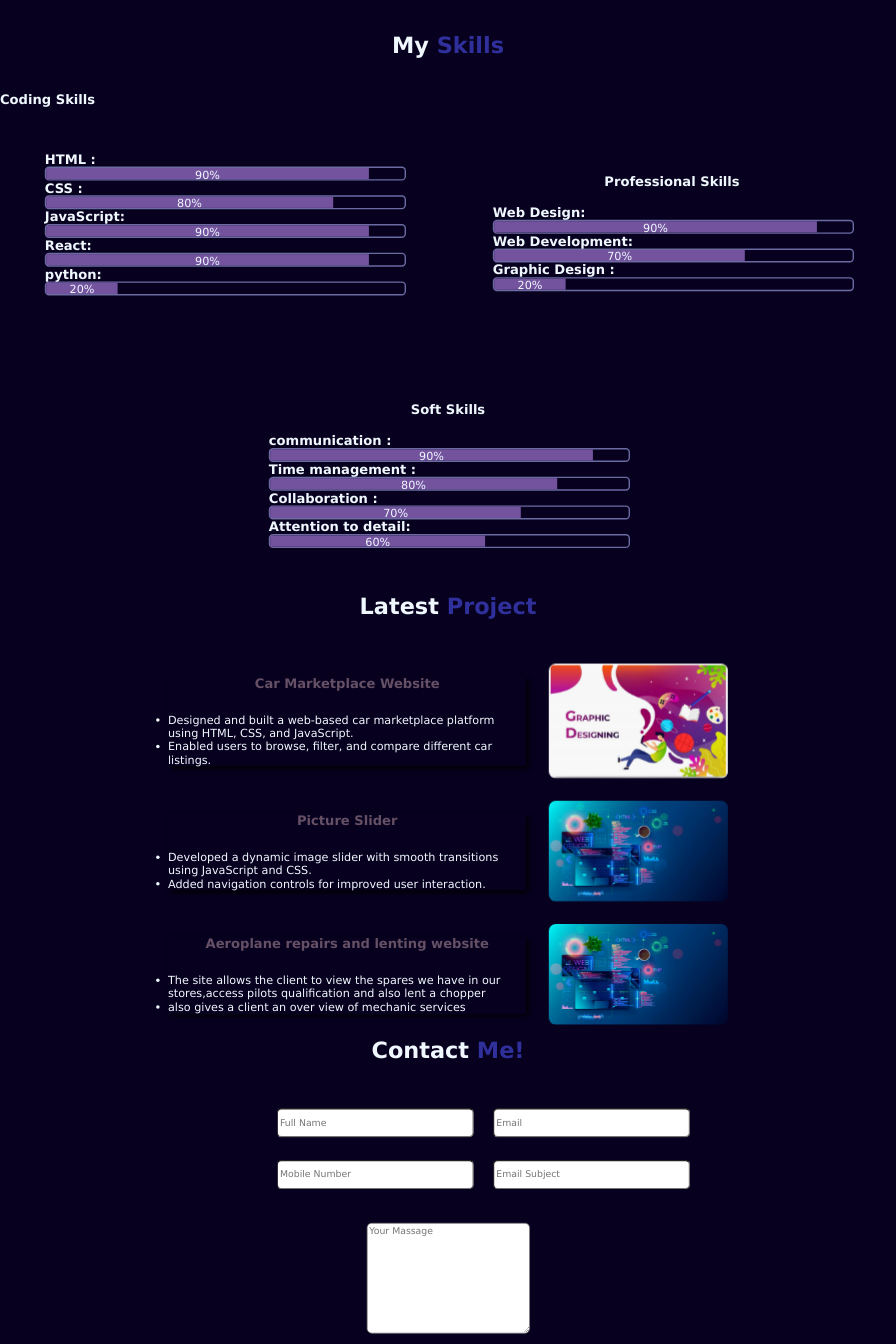
Repository: shrewd-baddest/portfolio
Page: myportfolio-main/index.html
These files come from the project's save history. The page is drawn as it stood at one moment and after a run of saves; the edit follows.
The browser window is 1280 px wide. The pictures show the part of the page from y = 1340 to 3260 px (the page is 3353 px tall before and 3394 px after), at 70% of full size.
Some web libraries are served in a nearby version.

Above is the page before, as saved 2025-06-24 07:49:31.

After the next 2 saves:
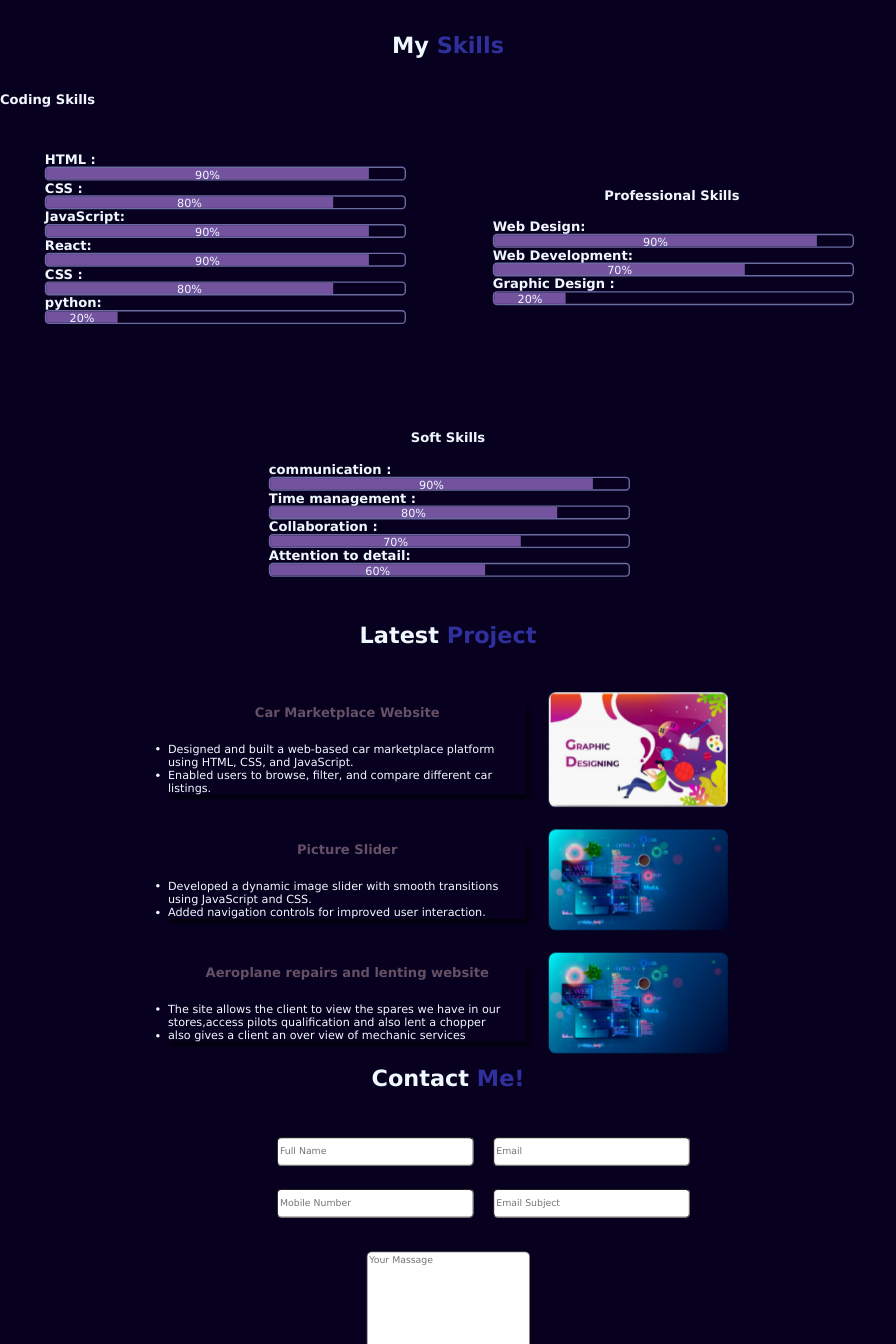
The 2 saves are shown as one change because they came seconds apart.
The last was saved 21 s later.
--- a/myportfolio-main/index.html
+++ b/myportfolio-main/index.html
@@ -105,7 +105,10 @@
                             <h3><i class='bx box-javascript'></i>React:</h3>
                             <div class="bar"><div class="js">90%</div></div>
                         </div>
-
+                        <div class="progress">
+                            <h3><i class='box-css3'></i>CSS :</h3>
+                            <div class="bar"><div class="css">80%</div></div>
+                        </div>
 
                         <div class="progress">
                               <h3><i class='bx box-javascript'></i>python:</h3>
